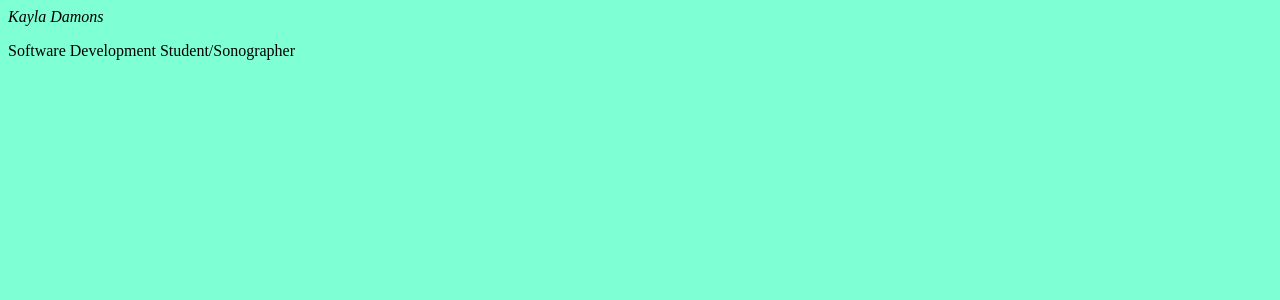
Repository: KaylaDamons/LABlinkinbio
Page: index.html
The author's editor kept a copy of each file at every save. The page is drawn from the files as they stood at one save, then again after the next save.
The browser window is 1280 px wide. The pictures show the whole page.

Above is the page before, as saved 2024-01-14 11:54:34.

### index.html
<!DOCTYPE html>
<html lang="en">
<head>
  <meta charset="UTF-8">
  <meta name="viewport" content="width=device-width, initial-scale=1.0">
  <title>Document</title>
</head>
<script src="main.js"></script>

<body>
  <div>
  <header>Kayla Damons</header>
  <p>Software Development Student/Sonographer</p>
  <nav class="navbar navbar-expand-lg navbar-dark primary-color fixed-top">

  </div>
</body>
<link rel="stylesheet" href="main.css">
</html>

### main.css
body {
  background-color: aquamarine;
}
header {
  font-style: italic;
}
p {
  align-items: center;
}

Loaded but not shown: main.js (common file)

After the next save:
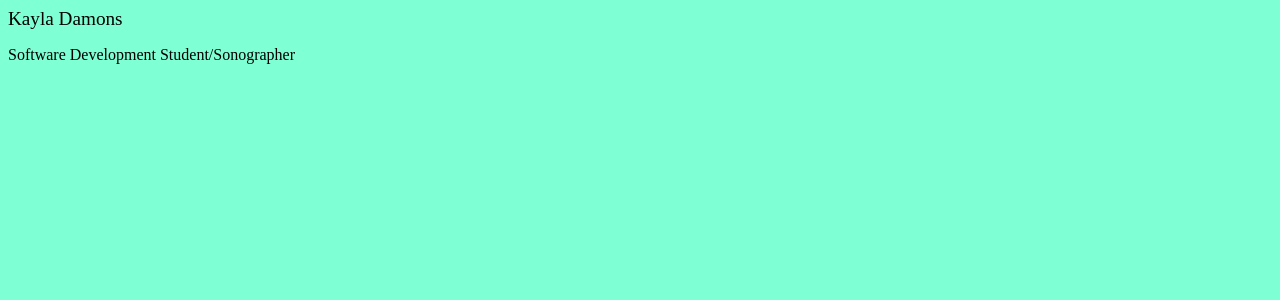
Saved 35 s later.
--- a/main.css
+++ b/main.css
@@ -2,7 +2,7 @@ body {
   background-color: aquamarine;
 }
 header {
-  font-style: italic;
+   font-size: larger;
 }
 p {
   align-items: center;
